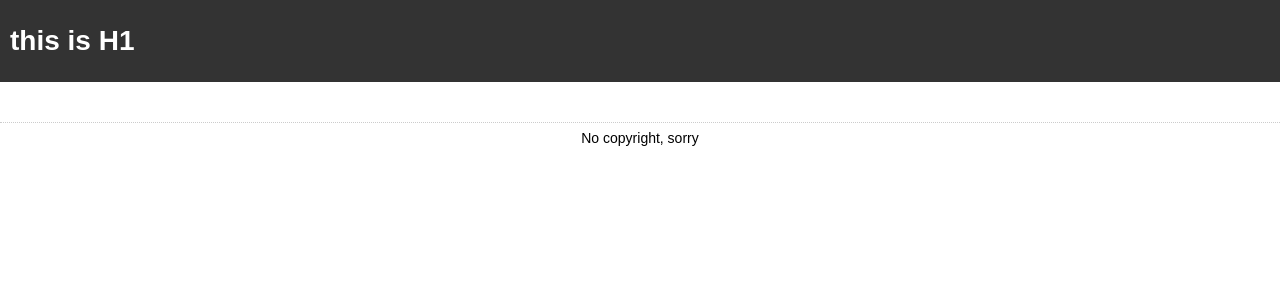
Repository: simonbcky/101
Page: http://localhost/j
The author's editor kept a record of every edit. The page is drawn from the files as they stood at one moment, then again after the next edit.
The browser window is 1280 px wide. The pictures show the whole page.
The page is served by the project's Node server (Jadestuff/index.js).

Above is the page before.

After the next edit:
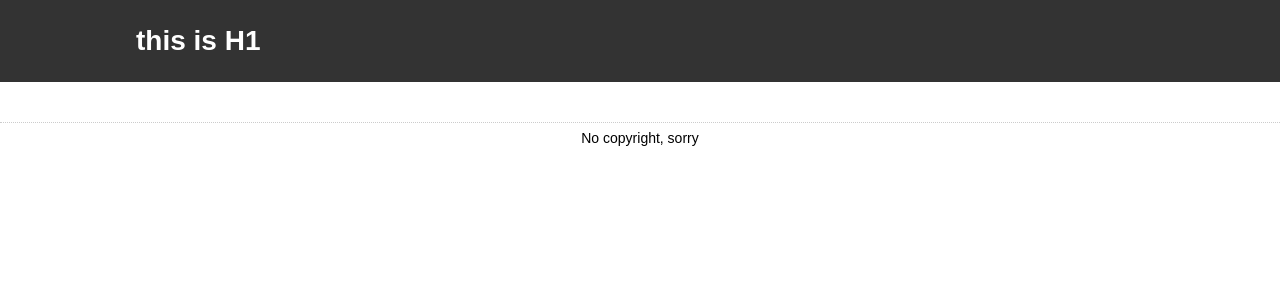
The edit:
--- a/Jadestuff/views/layout.jade
+++ b/Jadestuff/views/layout.jade
@@ -6,7 +6,7 @@
     body
         header
             .container
-            h1 this is H1
+                h1 this is H1
         .container
             .main-content
             //content will come here when extended
